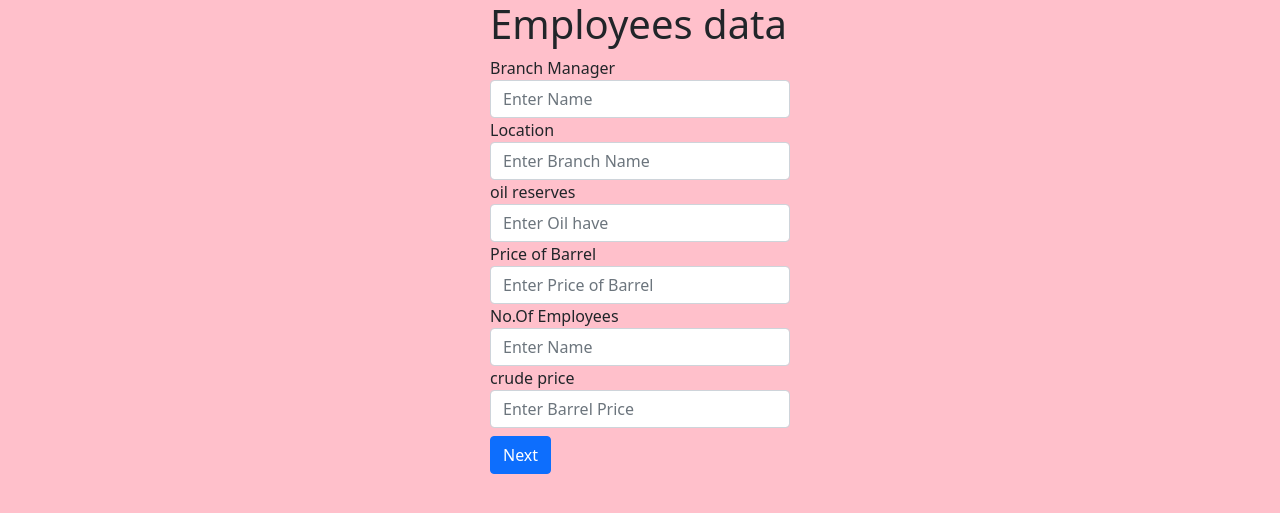
Repository: veerrajuMareddi/demo
Page: http://localhost/OilCorporation/views/save.jsp
The author's editor kept a copy of each file at every save. The page is drawn from the files as they stood at one save, then again after the next save.
The browser window is 1280 px wide. The pictures show the whole page.
The page is served by Tomcat 9.

Above is the page before, as saved 2022-05-01 04:44:09.

After the next save:
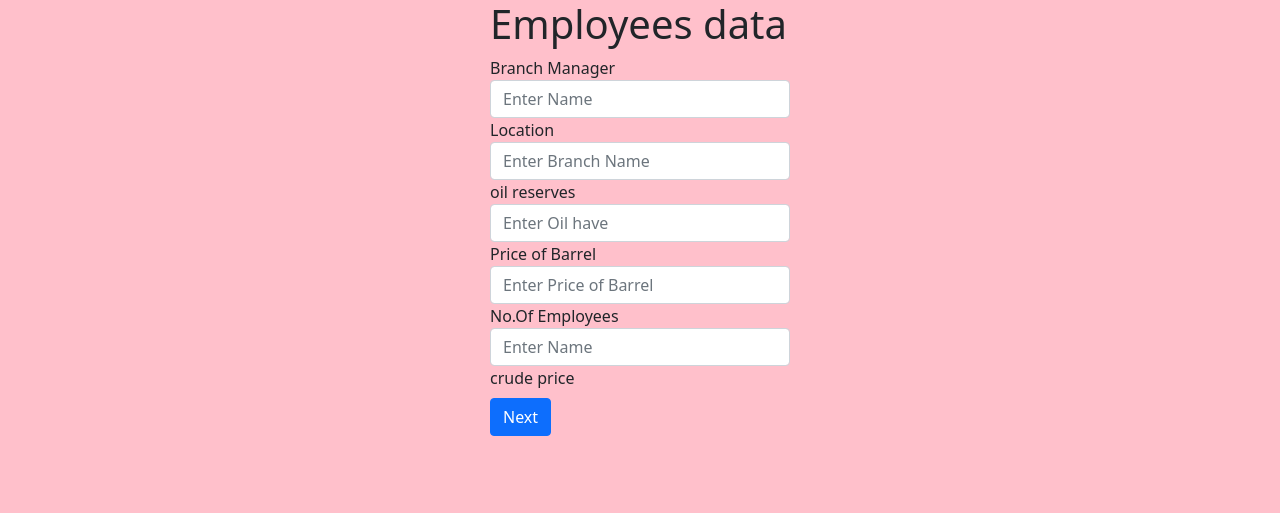
Saved 3 min 17 s later.
--- a/OilCorporation/src/main/webapp/views/save.jsp
+++ b/OilCorporation/src/main/webapp/views/save.jsp
@@ -56,7 +56,7 @@
 
     <div class="form-group">
     <label for="exampleInputPassword1"> crude price</label>
-    <input type="number" class="form-control" name="prices.crudePrice" id="oilReserves" placeholder="Enter Barrel Price">
+    <input type="hidden" class="form-control" name="prices.crudePrice" id="oilReserves" placeholder="Enter Barrel Price">
   </div>
  <!--  <div class="form-group">
     <label for="exampleInputPassword1"> petrol price</label>
